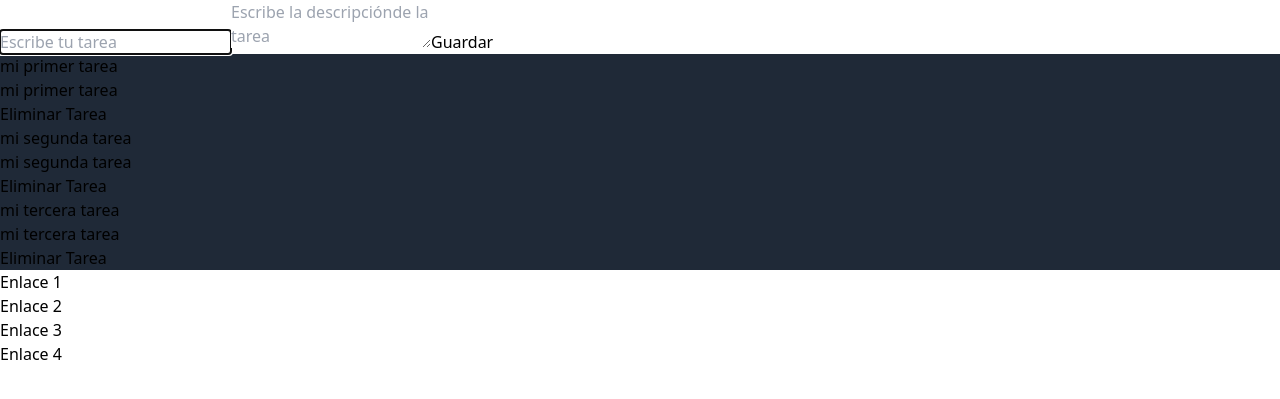
Repository: Ciromontes/AgendaTuTarea
Page: /
An editor plug-in stored every save of this project. The page is shown before and after the next save, followed by the edit.
The browser window is 1280 px wide. The pictures show the whole page.
The project was rebuilt for these pictures with package versions that can differ from the ones it lists, and the page was loaded fresh each time. Also part of the build but not shown: vite.config.js.

Above is the page before, as saved 2023-09-19 06:03:19.

After the next save:
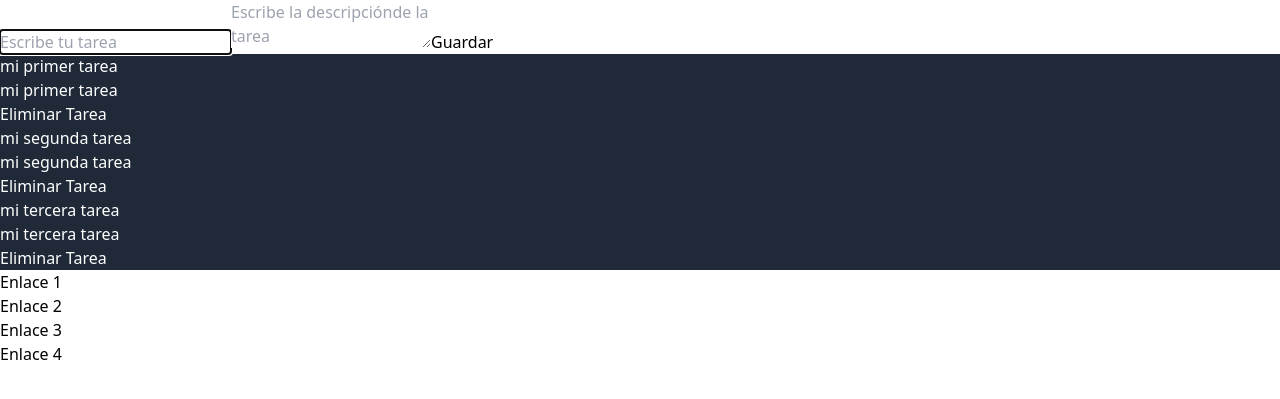
Saved 52 s later.
--- a/src/components/TaskCard.jsx
+++ b/src/components/TaskCard.jsx
@@ -4,7 +4,7 @@ function TaskCard({ task }) {
     const { deleteTask } =  useContext(TaskContext);
     return (
 
-        <div className='bg-gray-800 text-with'>
+        <div className='bg-gray-800 text-white'>
             <h1>{task.title}</h1>
             <p>{task.description}</p>
             <button onClick={() => deleteTask(task.id)}>
